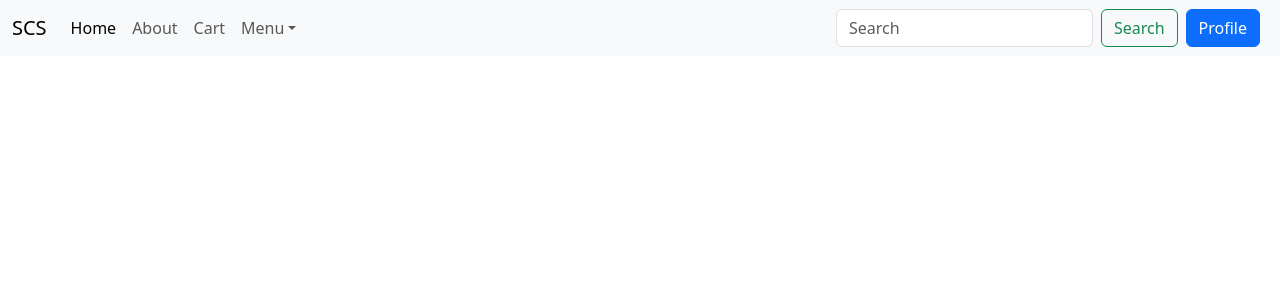
Repository: gitYash03/smart-canteen-system
Page: /
An editor plug-in stored every save of this project. The page is shown before and after the next save, followed by the edit.
The browser window is 1280 px wide. The pictures show the whole page.
The project was rebuilt for these pictures with package versions that can differ from the ones it lists, and the page was loaded fresh each time. Also part of the build but not shown: src/App.css.

Above is the page before, as saved 2023-08-09 12:37:52.

### public/index.html
<!DOCTYPE html>
<html lang="en">
  <head>
    <meta charset="utf-8" />
    <link rel="icon" href="%PUBLIC_URL%/favicon.ico" />
    <meta name="viewport" content="width=device-width, initial-scale=1" />
    <meta name="theme-color" content="#000000" />
    <meta
      name="description"
      content="Web site created using create-react-app"
    />
    <link rel="apple-touch-icon" href="%PUBLIC_URL%/logo192.png" />
    <!--
      manifest.json provides metadata used when your web app is installed on a
      user's mobile device or desktop. See https://developers.google.com/web/fundamentals/web-app-manifest/
    -->
    <link rel="manifest" href="%PUBLIC_URL%/manifest.json" />
    <!--
      Notice the use of %PUBLIC_URL% in the tags above.
      It will be replaced with the URL of the `public` folder during the build.
      Only files inside the `public` folder can be referenced from the HTML.

      Unlike "/favicon.ico" or "favicon.ico", "%PUBLIC_URL%/favicon.ico" will
      work correctly both with client-side routing and a non-root public URL.
      Learn how to configure a non-root public URL by running `npm run build`.
    -->
    <title>React App</title>
    <link href="https://cdn.jsdelivr.net/npm/bootstrap@5.3.1/dist/css/bootstrap.min.css" rel="stylesheet" integrity="sha384-4bw+/aepP/YC94hEpVNVgiZdgIC5+VKNBQNGCHeKRQN+PtmoHDEXuppvnDJzQIu9" crossorigin="anonymous">
   </head>
  <script src="https://cdn.jsdelivr.net/npm/bootstrap@5.3.1/dist/js/bootstrap.bundle.min.js" integrity="sha384-HwwvtgBNo3bZJJLYd8oVXjrBZt8cqVSpeBNS5n7C8IVInixGAoxmnlMuBnhbgrkm" crossorigin="anonymous"></script>
  <body>
    <noscript>You need to enable JavaScript to run this app.</noscript>
    <div id="root"></div>
    <!--
      This HTML file is a template.
      If you open it directly in the browser, you will see an empty page.

      You can add webfonts, meta tags, or analytics to this file.
      The build step will place the bundled scripts into the <body> tag.

      To begin the development, run `npm start` or `yarn start`.
      To create a production bundle, use `npm run build` or `yarn build`.
    -->
  </body>
</html>

### src/App.js
import './App.css';
import Navbar from './Components/Navbar';

function App() {
  return (
    <>
    <Navbar></Navbar>

    </>
  );
}

export default App;

### src/Components/Navbar.js
import React from 'react'

export default function Navbar() {
  return (
    <>
    <nav className="navbar navbar-expand-lg bg-body-tertiary">
        <div className="container-fluid">
            <a className="navbar-brand text-center" href="/">SCS</a>
            <button className="navbar-toggler" type="button" data-bs-toggle="collapse" data-bs-target="/navbarSupportedContent" aria-controls="navbarSupportedContent" aria-expanded="false" aria-label="Toggle navigation">
            <span className="navbar-toggler-icon"></span>
            </button>
            <div className="collapse navbar-collapse" id="navbarSupportedContent">
            <ul className="navbar-nav me-auto mb-2 mb-lg-0">
                <li className="nav-item">
                <a className="nav-link active" aria-current="page" href="/">Home</a>
                </li>
                <li className="nav-item">
                <a className="nav-link" href="/">About</a>
                </li>
                <li className="nav-item">
                <a className="nav-link" href="/">Cart</a>
                </li>
                <li className="nav-item dropdown">
                <a className="nav-link dropdown-toggle" href="/" role="button" data-bs-toggle="dropdown" aria-expanded="false">
                    Menu
                </a>
                <ul className="dropdown-menu">
                    <li><a className="dropdown-item" href="/">Action</a></li>
                    <li><a className="dropdown-item" href="/">Another action</a></li>
                    <li><a className="dropdown-item" href="/">Something else here</a></li>
                </ul>
                </li>
            </ul>
            <form className="d-flex" role="search">
                <input className="form-control me-2" type="search" placeholder="Search" aria-label="Search"/>
                <button className="btn btn-outline-success" type="submit">Search</button>
            </form>
            <button type="button" className="btn btn-primary position-relative  mx-2">
            Profile
            </button>
            </div>
        </div>
    </nav>
    </>
  )
}

Loaded but not shown: src/index.js (common file); src/reportWebVitals.js (common file); src/index.css (no stored copy; drawn as an empty file)

After the next save:
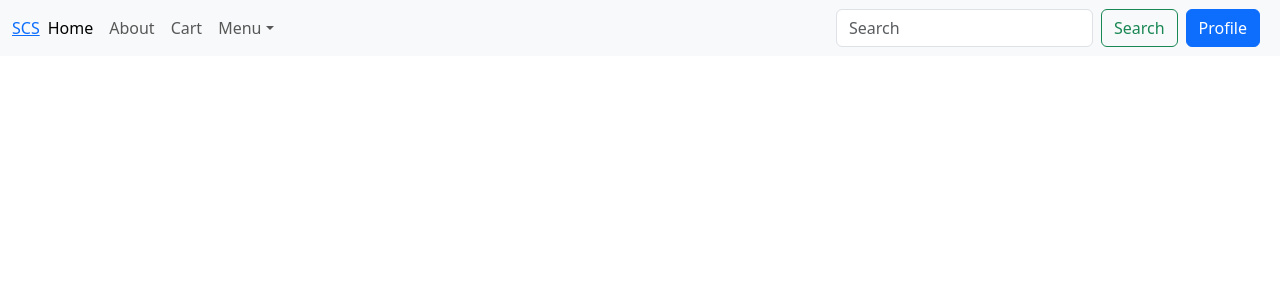
Saved 12 s later.
--- a/src/Components/Navbar.js
+++ b/src/Components/Navbar.js
@@ -5,7 +5,7 @@
     <>
     <nav className="navbar navbar-expand-lg bg-body-tertiary">
         <div className="container-fluid">
-            <a className="navbar-brand text-center" href="/">SCS</a>
+            <a className="navbar-brand-text-center" href="/">SCS</a>
             <button className="navbar-toggler" type="button" data-bs-toggle="collapse" data-bs-target="/navbarSupportedContent" aria-controls="navbarSupportedContent" aria-expanded="false" aria-label="Toggle navigation">
             <span className="navbar-toggler-icon"></span>
             </button>

After the save that followed:
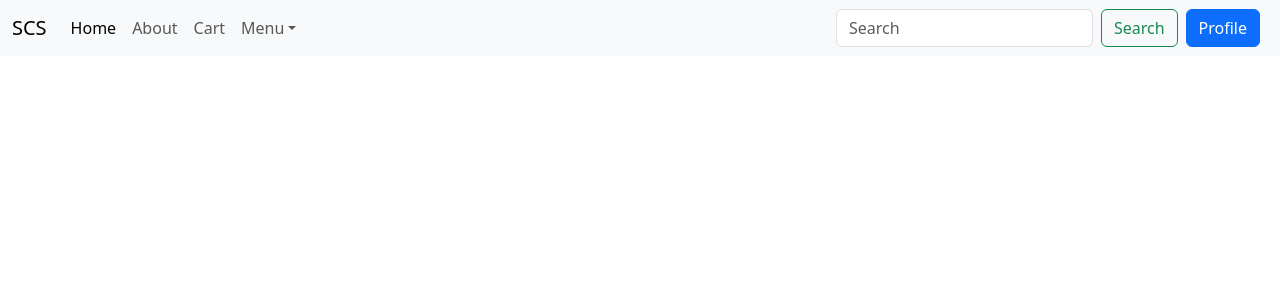
Saved 10 s later.
--- a/src/Components/Navbar.js
+++ b/src/Components/Navbar.js
@@ -5,7 +5,7 @@
     <>
     <nav className="navbar navbar-expand-lg bg-body-tertiary">
         <div className="container-fluid">
-            <a className="navbar-brand-text-center" href="/">SCS</a>
+            <a className="navbar-brand" href="/">SCS</a>
             <button className="navbar-toggler" type="button" data-bs-toggle="collapse" data-bs-target="/navbarSupportedContent" aria-controls="navbarSupportedContent" aria-expanded="false" aria-label="Toggle navigation">
             <span className="navbar-toggler-icon"></span>
             </button>
